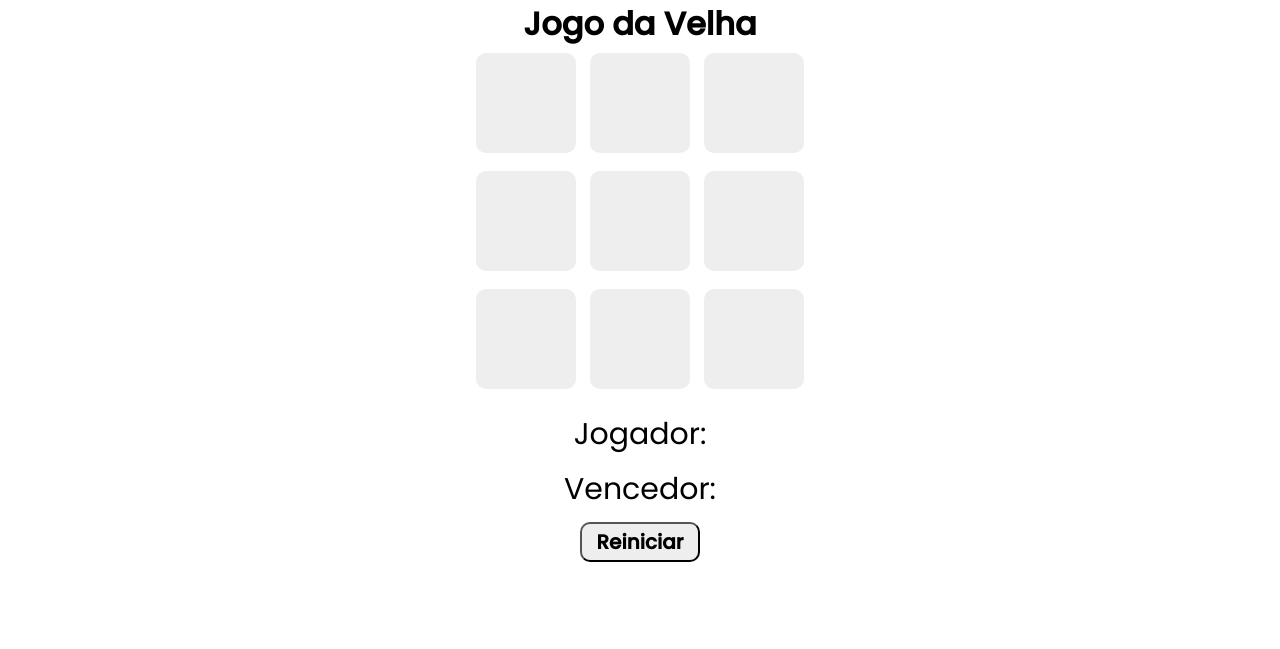
Repository: guilhermecardoso93/jogodavelha
Page: index.html
An editor plug-in stored every save of this project. The page is shown before and after the next save, followed by the edit.
The browser window is 1280 px wide. The pictures show the whole page.

Above is the page before, as saved 2023-05-31 21:44:35.

After the next save:
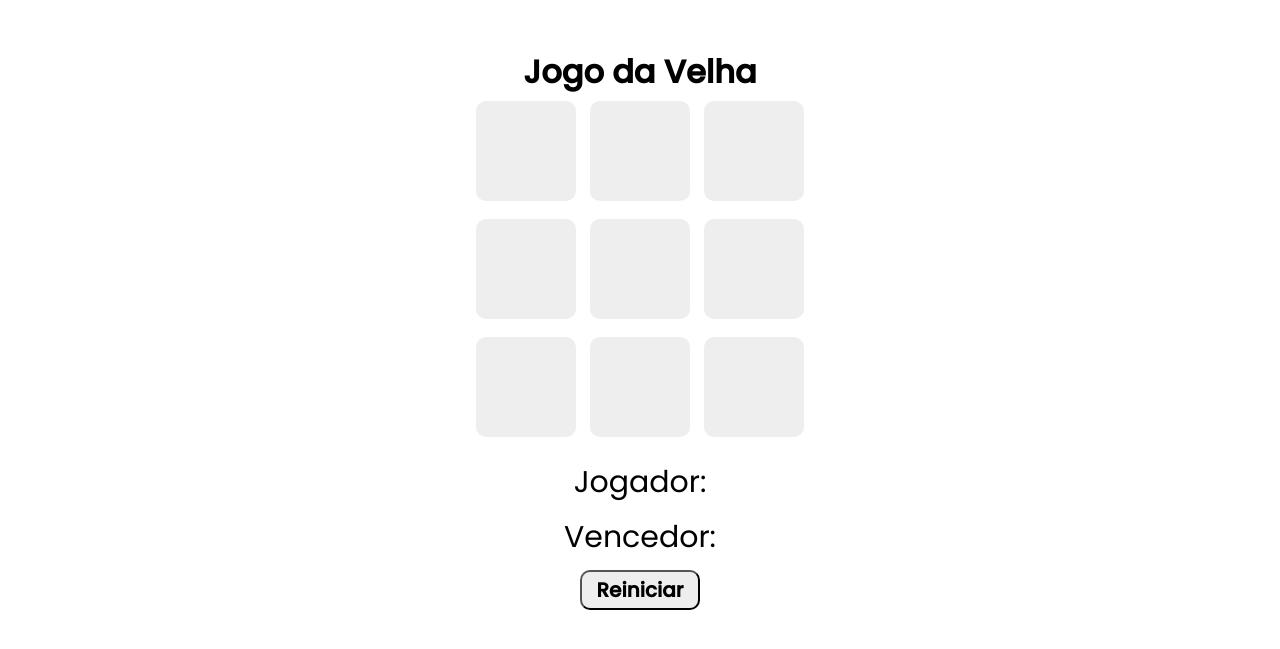
Saved 20 s later.
--- a/styles.css
+++ b/styles.css
@@ -8,6 +8,7 @@
 }
 
 body {
+  margin: 3rem;
   text-align: center;
 }
 
